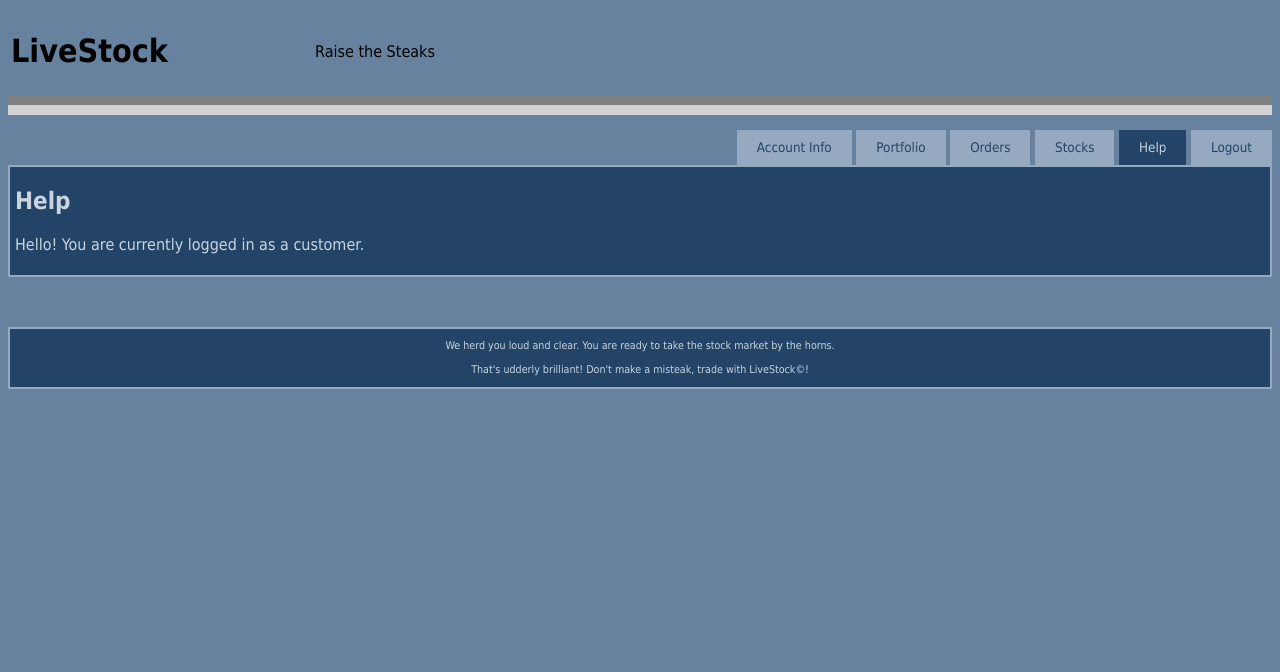
Repository: yastapova/live-stock
Page: LiveStockSite/WebContent/WEB-INF/cust_help.html
The author's editor kept a copy of each file at every save. The page is drawn from the files as they stood at one save, then again after the next save.
The browser window is 1280 px wide. The pictures show the whole page.

Above is the page before, as saved 2016-04-19 23:56:27.

### LiveStockSite/WebContent/WEB-INF/cust_help.html
<!DOCTYPE html>
<html>
<head>
	<meta charset="ISO-8859-1">
	<title>LiveStock Trading | Help</title>
	<link rel="stylesheet" href="gen.css" />
</head>
<body>
	<div class="header">
	<table>
		<tr>
			<td width='300px'><h1>LiveStock</h1></td>
			<td width='300px'><p>Raise the Steaks</p></td>
		</tr>
	</table>
	</div>
	<div class="menu" align="right">
	<a href="cust_acc_info.html">Account Info</a>
	<a href="cust_portfolio.html">Portfolio</a>
	<a href="cust_orders.html">Orders</a>
	<a href="cust_stocks.html">Stocks</a>
	<a href="cust_help.html" class="active">Help</a>
	<a href="">Logout</a>
	</div>
	<div class="body" align="Left">
		<h2>Help</h2>
		<p>Hello! You are currently logged in as a customer.</p>
	</div>

	<div class="footer">
	<p>We herd you loud and clear. You are ready to take the stock market by the horns.</p>
	<p>That's udderly brilliant! Don't make a misteak, trade with LiveStock&copy;!</p>
	</div>
</body>
</html>

### LiveStockSite/WebContent/WEB-INF/gen.css
@CHARSET "ISO-8859-1";

body {
	background-color: #67829F;
	font-family: Tahoma;
}
a {
	font-size: 10pt;
}
.body a:link {
	color: #D6C9E2;
}
.body a:visited {
	color: #896AA4;
}
.body a:hover {
	color: #D6C9E2;
}
.formlabel {
	font-size: 10pt;
}
.accinfo {
	font-size: 10pt;
	font-family: "Times New Roman";
}
.header {
	border-bottom-style: groove;
	border-bottom-width: 20px;
	border-bottom-color: lightgrey;
	margin-bottom: 15px;
}
.body {
	padding-left: 5px;
	padding-right: 5px;
	padding-bottom: 5px;
	background-color: #234467;
	border-style: solid;
	border-width: 2px;
	border-color: #95AAC0;
	color: #C8D4E0;
}
.footer {
	text-align: center;
	margin-top: 50px;
	padding-left: 5px;
	padding-right: 5px;
	background-color: #234467;
	border-style: solid;
	border-width: 2px;
	border-color: #95AAC0;
	color: #C8D4E0;
}
.footer p {
	font-size: 8pt;
}
.menu a, a:visited {
	background-color: #95AAC0;
	color: #234467;
	padding: 10px 20px;
	text-align: center;
	text-decoration: none;
	display: inline-block;
}
.menu a:hover {
	background-color: #234467;
	color: #C8D3E0;
}
.menu a.active {
	background-color: #234467;
	color: #C8D3E0;
}

After the next save:
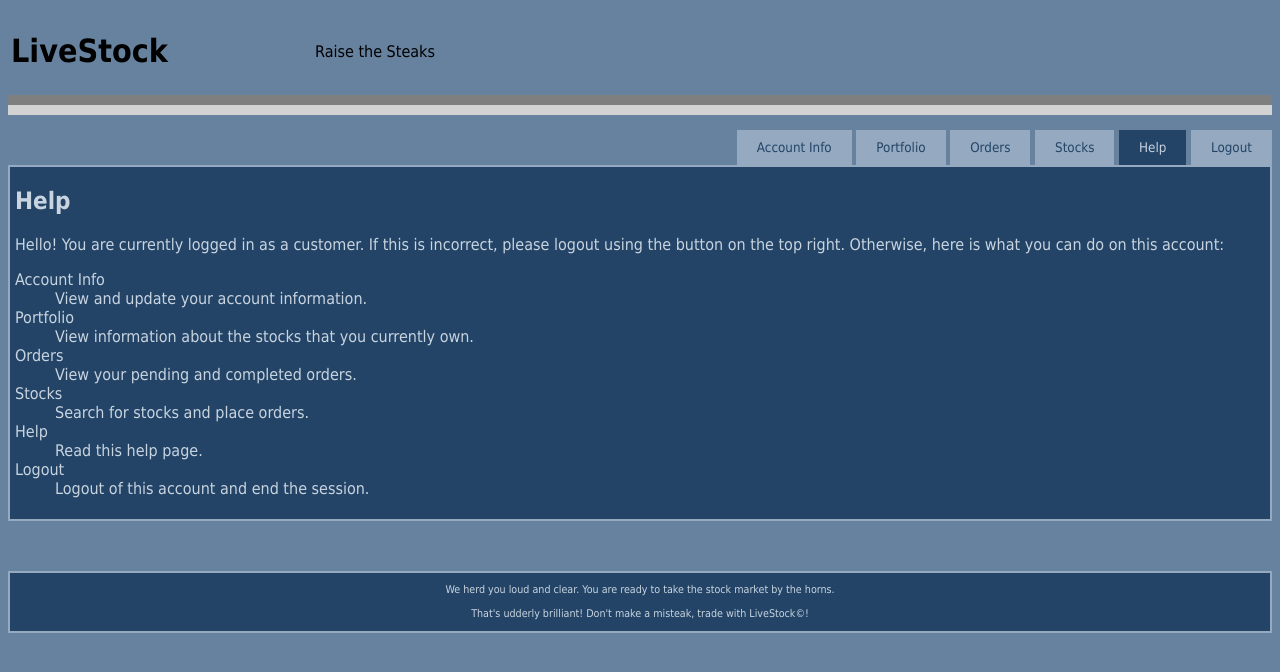
Saved 4 min 12 s later.
--- a/LiveStockSite/WebContent/WEB-INF/cust_help.html
+++ b/LiveStockSite/WebContent/WEB-INF/cust_help.html
@@ -24,7 +24,23 @@
 	</div>
 	<div class="body" align="Left">
 		<h2>Help</h2>
-		<p>Hello! You are currently logged in as a customer.</p>
+		<p>Hello! You are currently logged in as a customer. If this is incorrect,
+		please logout using the button on the top right. Otherwise, here is what
+		you can do on this account:</p>
+		<dl>
+			<dt>Account Info</dt>
+			<dd>View and update your account information.</dd>
+			<dt>Portfolio</dt>
+			<dd>View information about the stocks that you currently own.</dd>
+			<dt>Orders</dt>
+			<dd>View your pending and completed orders.</dd>
+			<dt>Stocks</dt>
+			<dd>Search for stocks and place orders.</dd>
+			<dt>Help</dt>
+			<dd>Read this help page.</dd>
+			<dt>Logout</dt>
+			<dd>Logout of this account and end the session.</dd>
+		</dl>
 	</div>
 
 	<div class="footer">
